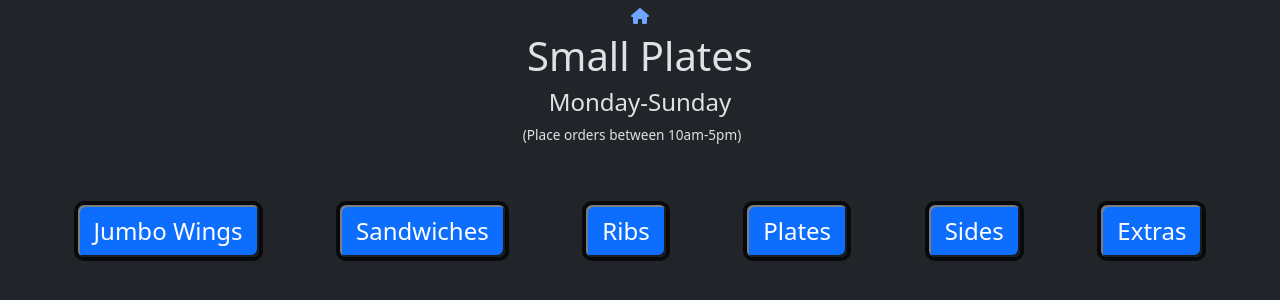
Repository: dukedward/smokehousemenu
Page: plates/index.html
The author's editor kept a copy of each file at every save. The page is drawn from the files as they stood at one save, then again after the next save.
The browser window is 1280 px wide. The pictures show the whole page.
Some web libraries are served in a nearby version.

Above is the page before, as saved 2023-03-09 10:35:00.

After the next save:
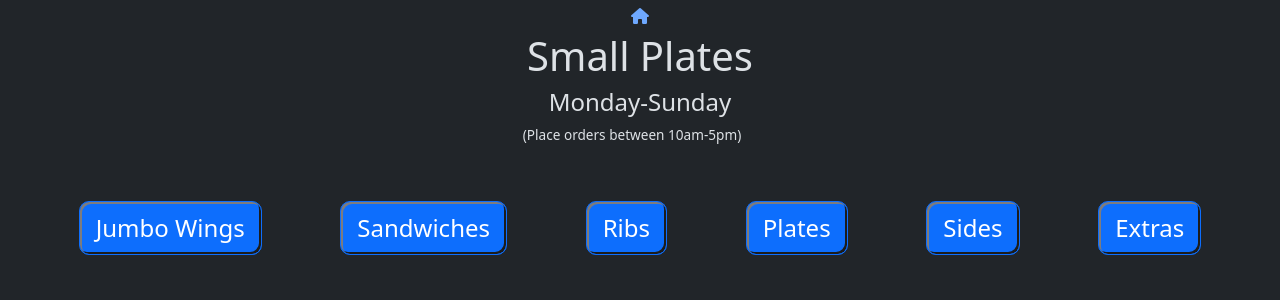
Saved 9 s later.
--- a/style.css
+++ b/style.css
@@ -68,7 +68,7 @@
     height: 7em; */
     border-radius: 10px;
     outline: none;
-    border: 4px #090909 solid;
+    /* border: 4px #090909 solid; */
     /* background: linear-gradient(
         145deg, #171717, #444245
     ); */
